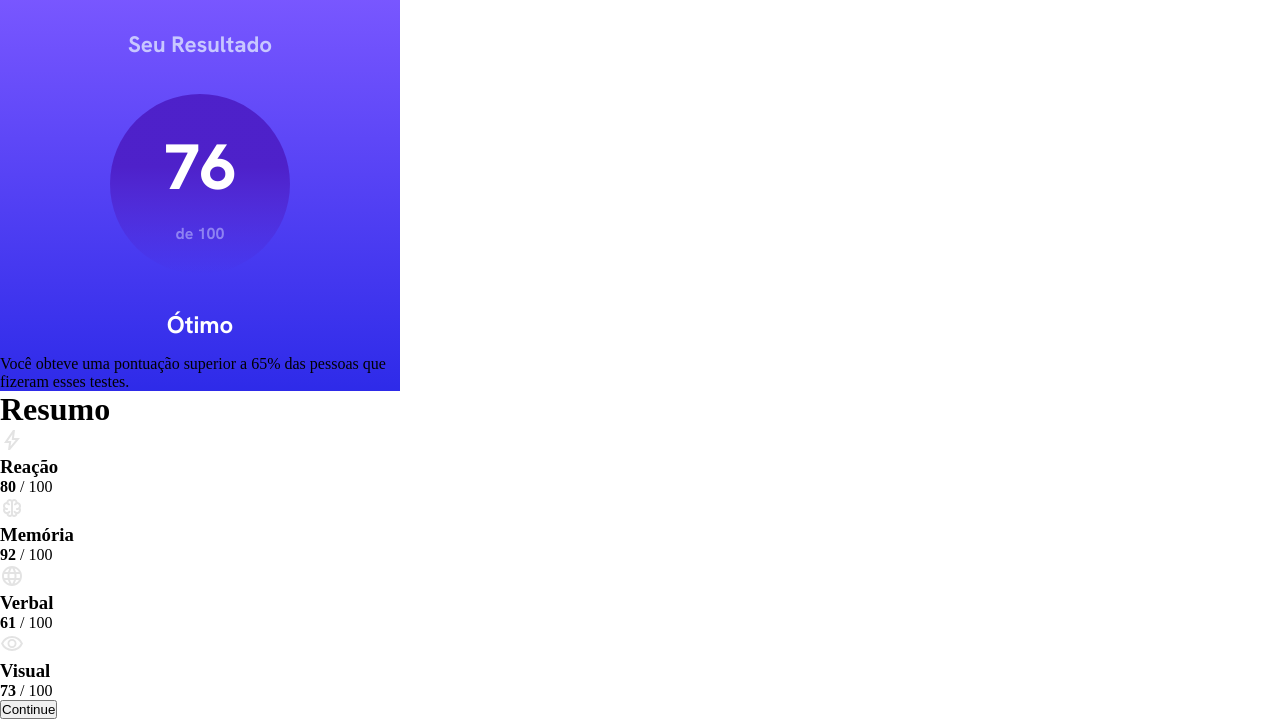
Repository: caique2512/resumo-de-resultados
Page: index.html
The author's editor kept a copy of each file at every save. The page is drawn from the files as they stood at one save, then again after the next save.
The browser window is 1280 px wide. The pictures show the whole page.

Above is the page before, as saved 2026-03-09 16:33:00.

### index.html
<!DOCTYPE html>
<html lang="pt-br">
<head>
    <meta charset="UTF-8">
    <meta name="viewport" content="width=device-width, initial-scale=1.0">
    <title>Resumo de Resultados</title>
    <link rel="stylesheet" href="src/css/estilos.css">
    <link rel="stylesheet" href="src/css/reset.css">
</head>
<body>
    <main class="conteudo">
        <div class="principal">
            <h1 class="titulo">Seu Resultado</h1>
            <div class="circulo">
                <h2>76</h2>
                <p>de 100</p>
            </div>
            <h2>Ótimo</h2>
            <p class="subtitle">Você obteve uma pontuação superior a 65% das pessoas que fizeram esses testes.</p>
        </div>
        <div>
            <h1 class="titulo1">Resumo</h1>
            <div class="classes">
                <div class="resumo1">
                    <img src="./src/images/raio.svg" alt="Raio">
                    <h3>Reação</h3>
                    <p><strong>80</strong> / 100</p>
                </div>
                <div class="resumo2">
                    <img src="./src/images/memoria.svg" alt="Memória">
                    <h3>Memória</h3>
                    <p><strong>92</strong> / 100</p>
                </div>
                <div class="resumo3">
                    <img src="./src/images/mensagem.svg" alt="Mensagem">
                    <h3>Verbal</h3>
                    <p><strong>61</strong> / 100</p>
                </div>
                <div class="resumo4">
                    <img src="./src/images/olho.svg" alt="olho">
                    <h3>Visual</h3>
                    <p><strong>73</strong> / 100</p>
                </div>
            </div>
            <button class="btn-resumo">Continue</button>
        </div>
    </main>
</body>
</html>

### src/css/estilos.css
@import url('https://fonts.googleapis.com/css2?family=Hanken+Grotesk:ital,wght@0,100..900;1,100..900&display=swap');


.principal {
    background: linear-gradient(hsl(252, 100%, 67%), hsl(241, 81%, 54%));
    width: 400px;
    display: flex;
    flex-direction: column;
    align-items: center;
}

.titulo {
    color: hsl(241, 100%, 89%);
    font-family: "Hanken Grotesk";
    margin-top: 30px;
    font-size: 1.4rem;
}

.circulo {
    background: linear-gradient(hsla(256, 72%, 46%, 1) 40%, hsla(241, 72%, 46%, 0));
    width: 180px;
    height: 180px;
    border-radius: 50%;
    display: flex;
    align-items: center;
    justify-content: center;
    flex-direction: column;
    margin: 35px 35px;
}

.circulo h2 {
    font-size: 4rem;
    font-family: "Hanken Grotesk";
    font-weight: 800;
    color: hsl(0, 0%, 100%);
}

.circulo p {
    color: hsla(241, 100%, 89%, 0.538);
    font-family: "Hanken Grotesk";
    font-weight: 700;
}

.principal h2 {
    color: white;
    font-family: "Hanken Grotesk";
    margin-bottom: 15px;
}

.principal .subtitle {

}

Loaded but not shown: src/css/reset.css (common file)

After the next save:
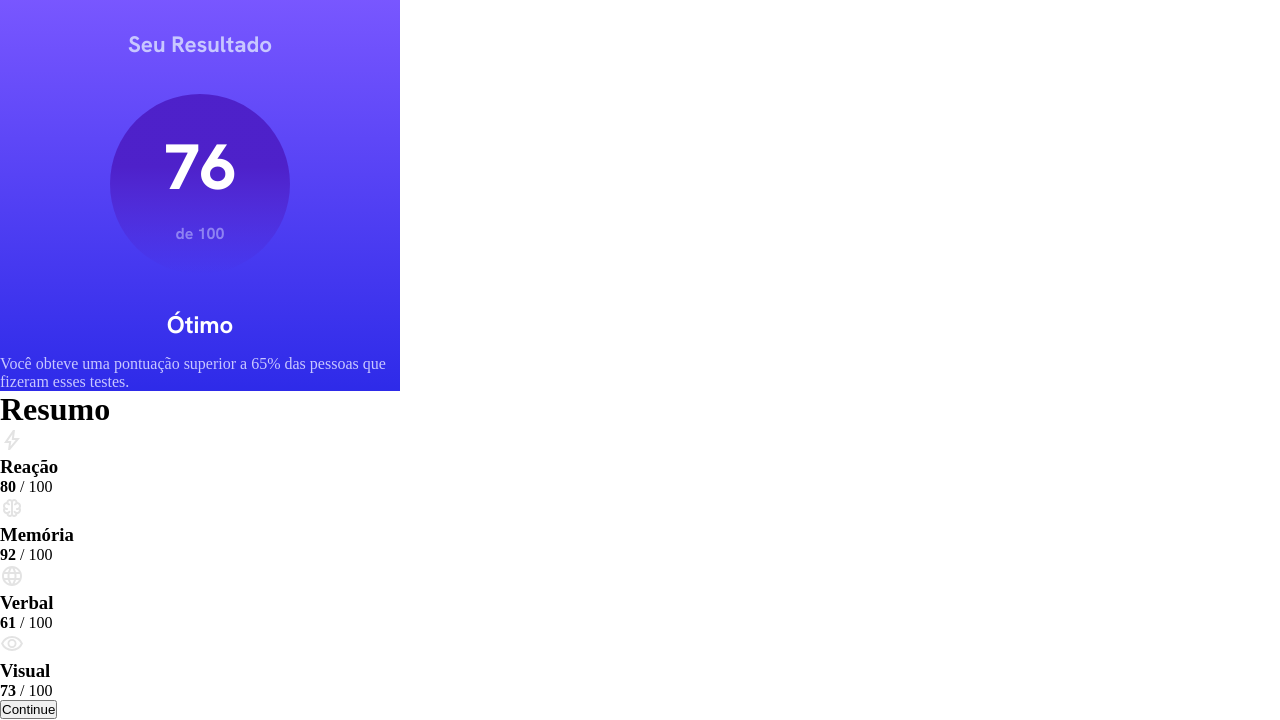
Saved 22 s later.
--- a/src/css/estilos.css
+++ b/src/css/estilos.css
@@ -48,5 +48,5 @@
 }
 
 .principal .subtitle {
-
+    color: hsl(241, 100%, 89%);
 }
